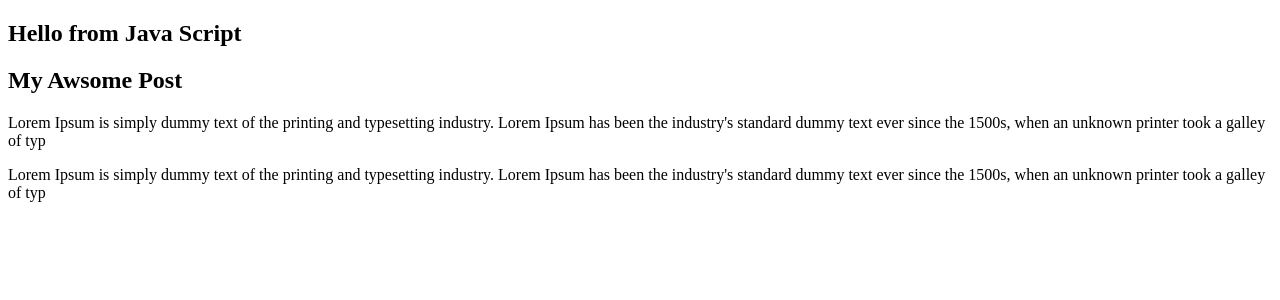
Repository: nema38/30DaysTrainning
Page: 30Days07/index.html
An editor plug-in stored every save of this project. The page is shown before and after the next save, followed by the edit.
The browser window is 1280 px wide. The pictures show the whole page.
Some web libraries are served in a nearby version.

Above is the page before, as saved 2014-04-16 16:50:26.

After the next save:
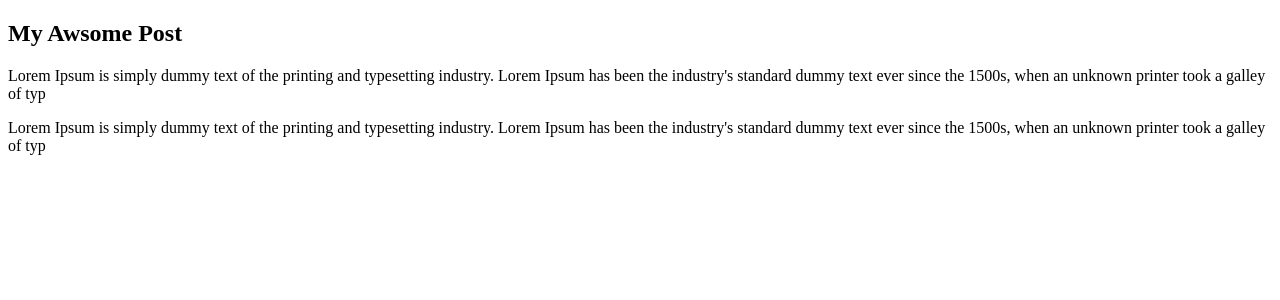
Console error: TypeError: $(...).apendTo is not a function
Saved 4 min 48 s later.
--- a/30Days07/index.html
+++ b/30Days07/index.html
@@ -24,7 +24,7 @@
 				$('<h2></h2>', {
 					text: 'Hello from Java Script',
 					class: 'myClass'
-				}).prependTo('article');
+				}).apendTo('article');
 			})();
 		</script>
 

After the 2 saves that followed:
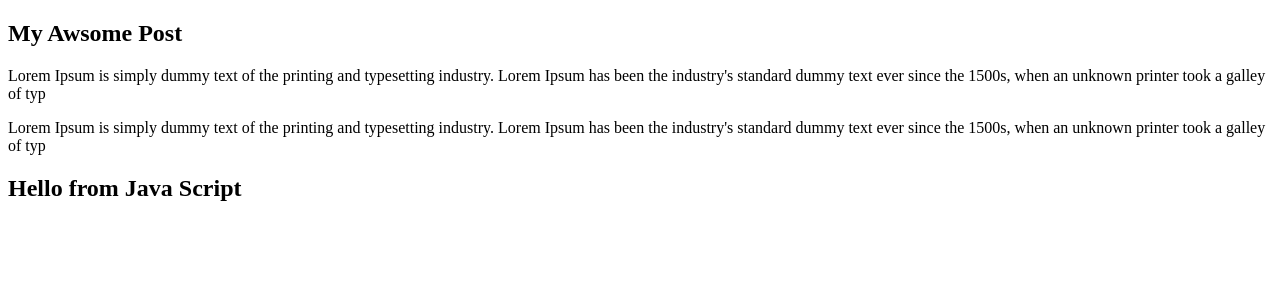
The error is gone.
The 2 saves are shown as one change because 1 left the picture as it was.
The last was saved 97 s later.
--- a/30Days07/index.html
+++ b/30Days07/index.html
@@ -24,7 +24,7 @@
 				$('<h2></h2>', {
 					text: 'Hello from Java Script',
 					class: 'myClass'
-				}).apendTo('article');
+				}).appendTo('article');
 			})();
 		</script>
 
